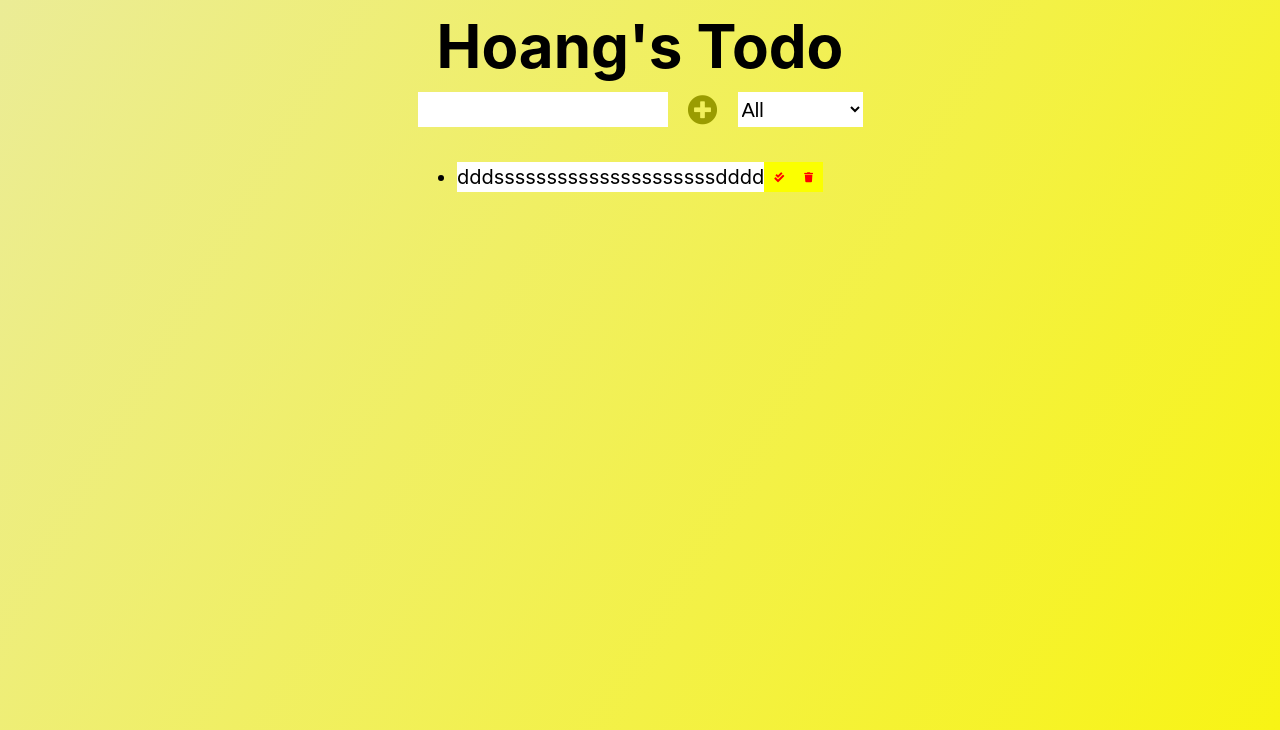
Repository: DinhHoang0607/TodoReact
Page: /
These files come from the project's save history. The page is drawn as it stood at one moment and after a run of saves; the edit follows.
The browser window is 1280 px wide. The pictures show the whole page.
Some web libraries are served in a nearby version. The project was rebuilt for these pictures with package versions that can differ from the ones it lists, and the page was loaded fresh each time.

Above is the page before, as saved 2021-09-11 21:44:33.

After the next 6 saves:
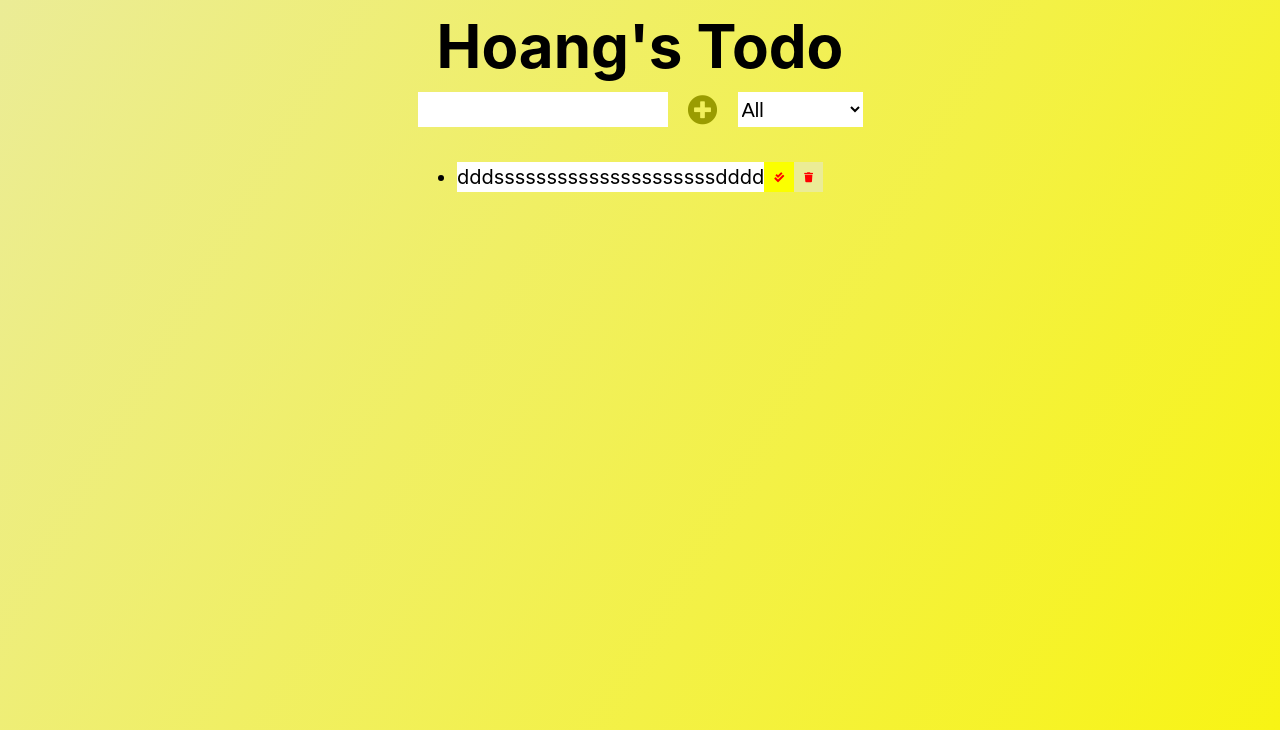
The 6 saves are shown as one change because they came seconds apart.
The last was saved 18 s later.
--- a/src/App.css
+++ b/src/App.css
@@ -95,3 +95,6 @@ option {
   padding: 1rem;
   font-size: 1rem;
 }
+.fa-trash{
+  background-color: #ebec96;
+}
